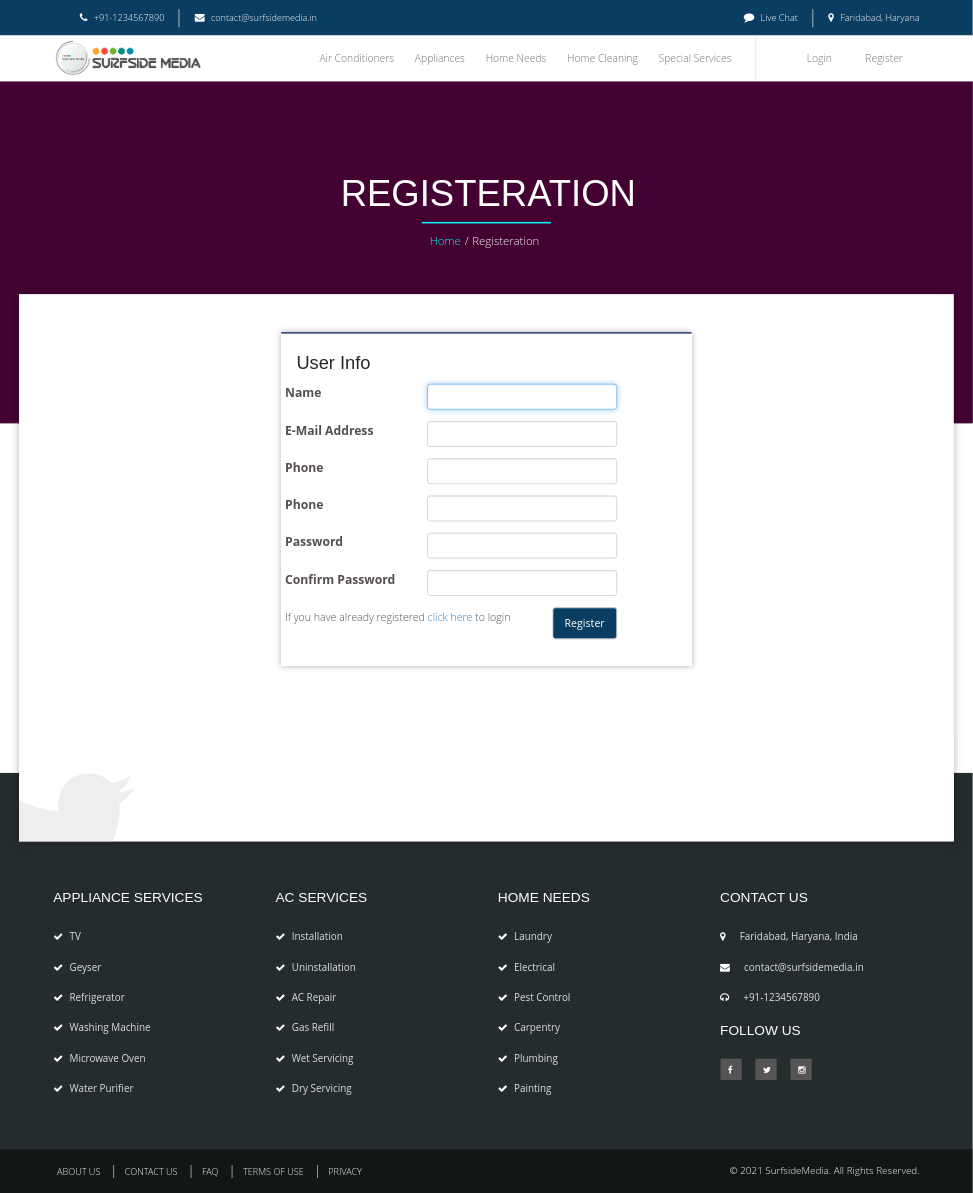
Repository: samiraelshon123/LP_Project
Page: http://localhost/register
The author's editor kept a copy of each file at every save. The page is drawn from the files as they stood at one save, then again after a run of saves.
The browser window is 1280 px wide. The pictures show the whole page, at 76% of full size.
Backgrounds fixed to the window are drawn as part of the page. The page is served by the project's Laravel application, run on PHP 8.4 with Laravel 9. Other server files are loaded and not shown.

Above is the page before, as saved 2023-05-22 23:24:42.

### routes/web.php
<?php

use Illuminate\Support\Facades\Route;
use App\Http\Controllers\admin\CategoryController;
use App\Http\Controllers\admin\BrandController;
use App\Http\Controllers\admin\BlogController;
use App\Http\Controllers\admin\SocialMediaController;
use App\Http\Controllers\auth\RegisterController;
use App\Http\Controllers\auth\LoginController;
use App\Http\Controllers\auth\LogoutController;
use App\Http\Controllers\auth\AdminLoginController;

////////////

//user

use App\Http\Controllers\User\UserController;

/*
|--------------------------------------------------------------------------
| Web Routes
|--------------------------------------------------------------------------
|
| Here is where you can register web routes for your application. These
| routes are loaded by the RouteServiceProvider within a group which
| contains the "web" middleware group. Now create something great!
|
*/

Route::group(['prefix' => 'admin','middleware' => ['auth:admin']], function() {
        //admin
        Route::get('/', function(){
            return view('admin.dashboard');
        })->name('admin');

    // brand
    Route::resource('category', CategoryController::class);

    // governorate
    Route::resource('brand', BrandController::class);

    //blog
     Route::resource('blog',BlogController::class);



});

//////////////////////////////////


Route::group(['middleware' => ['auth']], function() {
    Route::get('/', [UserController::class, 'home'])->name('user.home');
    Route::get('/category/{id}', [UserController::class, 'category'])->name('user.category');
    Route::get('/governorate/{id}', [UserController::class, 'governorate'])->name('user.governorate');
    Route::post('/search', [UserController::class, 'search'])->name('user.search');
    Route::get('/contact', [UserController::class, 'contact'])->name('user.contact');
    Route::post('/storeContact', [UserController::class, 'storeContact'])->name('user.storeContact');




});

//////////////////////////////////

//authentication

Route::get('/register', [RegisterController::class, 'register'])->name('register');
Route::post('/register', [RegisterController::class, 'registerUser'])->name('registerUser');


Route::get('/login', [LoginController::class, 'login'])->name('login');
Route::post('/login', [LoginController::class, 'loginUser'])->name('loginUser');


Route::get('/logout', [LogoutController::class, 'logout']);

Route::get('/adminlogin', [AdminLoginController::class, 'loginPage']);
Route::post('/adminlogin', [AdminLoginController::class, 'loginAdmin'])->name('adminlogin');

### app/Http/Controllers/auth/RegisterController.php
<?php

namespace App\Http\Controllers\auth;

use Illuminate\Http\Request;
use App\Http\Controllers\Controller;
use App\Models\User;
class RegisterController extends Controller
{
    public function register(){
        return view('user.auth.register');
    }
    public function registerUser(Request $request){
        $data = $this->validate(request(),[
            'name' => 'required',
            'user_type' => 'required',
            'phone' => 'required',
            'email' => 'required|unique:users',
            'password' => 'min:6',
            'password_confirmation' => 'required_with:password|same:password|min:6'


        ],[],[]);
        $news = User::create( [

            'name' => request('name'),
            'username' => request('name'),
            'user_type' => request('user_type'),
            'phone' => request('phone'),
            'email' => request('email'),
            'password' => bcrypt(request('password')),

        ]);
        return redirect('/');

    }
}

### resources/views/user/auth/register.blade.php
@include('layouts.header')

<div class="section-title-01 honmob">
            <div class="bg_parallax image_02_parallax"></div>
            <div class="opacy_bg_02">
                <div class="container">
                    <h1>Registeration</h1>
                    <div class="crumbs">
                        <ul>
                            <li><a href="index.php.html">Home</a></li>
                            <li>/</li>
                            <li>Registeration</li>
                        </ul>
                    </div>
                </div>
            </div>
        </div>
        <section class="content-central">
            <div class="semiboxshadow text-center">
            </div>
            <div class="content_info">
                <div class="paddings-mini">
                    <div class="container">
                        <div class="col-xs-12 col-sm-6 col-md-6 col-md-offset-3 profile1" style="padding-bottom:40px;">
                            <div class="thinborder-ontop">
                                <h3>User Info</h3>
                                @if ($errors->any())
            <div class="alert alert-danger">
                <ul>
                    @foreach ($errors->all() as $error)
                        <li>{{ $error }}</li>
                    @endforeach
                </ul>
            </div>
    @endif
                                <form class="row g-3" method="POST" action="{{ route('register') }}" enctype="multipart/form-data">
                                  @csrf
                                  <div class="form-group row">
                                        <label for="name" class="col-md-4 col-form-label text-md-right">Name</label>
                                        <div class="col-md-6">
                                            <input id="name" type="text" class="form-control" name="name" value="" required="" autofocus="">
                                        </div>
                                    </div>
                                    <div class="form-group row">
                                        <label for="email" class="col-md-4 col-form-label text-md-right">E-Mail Address</label>
                                        <div class="col-md-6">
                                            <input id="email" type="email" class="form-control" name="email" value="" required="">
                                        </div>
                                    </div>

                                    <div class="form-group row">
                                        <label for="phone" class="col-md-4 col-form-label text-md-right">Phone</label>
                                        <div class="col-md-6">
                                            <input id="phone" type="text" class="form-control" name="phone" value="" required="" autofocus="">
                                        </div>
                                    </div>

                                    <div class="form-group row">
                                        <label for="phone" class="col-md-4 col-form-label text-md-right">Phone</label>
                                        <div class="col-md-6">
                                            <input id="phone" type="text" class="form-control" name="phone" value="" required="" autofocus="">
                                        </div>
                                    </div>

                                    <div class="form-group row">
                                        <label for="password"
                                            class="col-md-4 col-form-label text-md-right">Password</label>
                                        <div class="col-md-6">
                                            <input id="password" type="password" class="form-control" name="password" required="">
                                        </div>
                                    </div>
                                    <div class="form-group row">
                                        <label for="password-confirm"
                                            class="col-md-4 col-form-label text-md-right">Confirm Password</label>
                                        <div class="col-md-6">
                                            <input id="password-confirm" type="password" class="form-control" name="password_confirmation" required="">
                                        </div>
                                    </div>
                                    <div class="form-group row mb-0">
                                        <div class="col-md-10">
                                            <span style="font-size: 14px;">If you have already registered <a
                                                    href="login.html" title="Login">click here</a> to login</span>
                                            <button type="submit" class="btn btn-primary pull-right">Register</button>
                                        </div>
                                    </div>
                                </form>
                            </div>
                        </div>
                    </div>
                </div>
            </div>
            <div class="section-twitter">
                <i class="fa fa-twitter icon-big"></i>
                <div class="container">
                    <div class="row">
                        <div class="col-md-12">
                            <div class="text-center">
                            </div>
                        </div>
                    </div>
                </div>
            </div>
        </section>
        @include('layouts.footer')

### public/asset/css/chblue.css
/* Backgrounds ----------------------------------------------------------*/
.btn-primary,
.btn-primary:hover,
.flat-mega-menu .drop-down.full-width ul li a.btn,
.filter-header input[type="submit"],
.ui-widget-header,
.ui-state-default:hover,
.ui-widget-content .ui-state-default:hover,
.ui-widget-header .ui-state-default:hover,
.flat-mega-menu .login-form input[type=submit],
.flat-mega-menu .search-bar ul input[type=submit],
.skin_base,
.promotion-box-info .btn,
.list-styles li i,
.info-gallery .price b,
.widget .input-group-addon.btn-search input,
.header-v2,
.info-head,
.nav-tabs li.active a,
.nav-tabs li.active a:hover,
.nav-tabs li a:hover,
.sort-by-container .style-view li:hover,
.sort-by-container .style-view li.active,
.selector span.custom-select:before,
.slider-selection,
.filter-widget input[type="submit"],
.tabs-detailed .services-lines li:hover,
.pagination > .active > a,
.pagination .active,
.tooltip-inner,
.owl-theme .owl-controls .owl-buttons div,
#theme-options .layout-style li.active,
.thumbs li:hover,
p.lead .line,
.info-testimonial,
.filter-header,
.profilebackground,
.filter-header input[type="button"]{
	background: #0a3d62 !important;
	background-color: #0a3d62 !important;
}
.opacy_bg_03,
.item-team-01 .info-team,
.header-detailed{
	background: #0a3d62;
	background: rgba(136, 196, 37, 0.6);
}

/* Colors ----------------------------------------------------------*/
.item-service-line i,
.titles h2 span,
.info-boxed h3 span,
.price span,
.title-footer h2 span,
.flat-mega-menu > ul > .title > a > span,
.flat-mega-menu > ul > .title i,
.icon-big-nav i,
.ui-datepicker th,
.head-feature,
.flat-mega-menu > ul > li:hover > a,
.footer-v2 ul li i,
.footer-v3 ul li i,
.footer-v4 ul li i,
.flat-mega-menu > ul > li:hover > a,
.flat-mega-menu .login-form:hover,
.flat-mega-menu .search-bar:hover,
.item-team h4 span,
.item-team-01 .social-team li a:hover,
.large-number,
.info-gallery h3 span,
.post-format-icon > i,
.post-item .post-title a:hover,
.post-meta a:hover,
.post-quote-author a,
.single-blog h4 i,
.single-blog h4 a,
.nav-tabs li i,
.container-by-widget-filter h4,
.title-results a,
blockquote > a,
.tweet_time a,
.tweet_text a,
.acc-trigger a:hover, .acc-trigger.active a, .acc-trigger.active a:hover,
.crumbs li a,
.page-error h1 i,
.sitemap li a:hover,
.pagination > li > a, .pagination > li > span,
address i,
address a{
	color: #0a3d62;
}

/* Borders ----------------------------------------------------------*/
.pagination > .active > a,
.pagination > .active:hover > a,
.filter-header,
.flat-mega-menu h2 span,
.ui-datepicker,
.crumbs ul,
.portfolioFilter .current, .portfolioFilter a:hover,
.post-format-icon > i,
.section-title-03 h1,
.title-widget{
	border-color: #0a3d62 !important;
}
.crumbs:before{
	border-bottom: 20px solid #0a3d62;
}
.tooltip.top .tooltip-arrow {
  border-top-color: #0a3d62;
}
.flat-mega-menu .drop-down,
.flat-mega-menu .social-bar ul {
	border-bottom-color: #0a3d62;
}
.nav-tabs li.active:after {
	border: 16px solid #0a3d62;
	border-left-color: transparent;
	border-right-color: transparent;
	border-bottom-color: transparent;
	content: "";
	left: 50%;
	margin-left: -16px;
	position: absolute;
	z-index: 101;
}
.title-widget:after {
  border-top: 15px solid  #0a3d62;
}

hr.separator::before {
	background: #0a3d62;
}
#footer .fa{
	color:#fff;
}
.footer-m {
	border-top: 2px solid #0a3d62;
}

.footer-m ul li a .fa {
	color: #0a3d62 !important;
}

 .crumbs ul{
	border-color: #05f9f9 !important;
}

.crumbs ul li a{
	color: #05f9f9 !important;
}

.line{
	background: #05f9f9 !important;
	background-color: #05f9f9 !important;
}
.header-v3 {
	z-index: 9999;
}
.error{
	color:#f20e0e !important;
	font-size: 14px !important;
}

.typeahead, .typeahead li{
	z-index: 99999 !important;
}
#sponsors{
	z-index: 101;
}
.#owl-wrapper{
	z-index: 100;
}

### public/asset/css/theme-responsive.css
/* ---------------------------------------------------------------------- */
/*	Version 1500px
/* ---------------------------------------------------------------------- */
@media handheld, only screen and (max-width: 1500px) {
	.layout-wide .crumbs:before{
	    left: 15%;
	}
	/* Filter Header - Title Header ------------------------------*/
	.filter-title{
		top: 12%;
		left: 0%;
		margin-left: 0;
		width: 100%;
	}
	.title-header h1{
		font-size: 4rem;
		line-height: 4.3rem;
	}
	.filter-header{
		max-width: 80%;
	}
}
/* ---------------------------------------------------------------------- */
/*	Version 1280px
/* ---------------------------------------------------------------------- */
@media handheld, only screen and (max-width: 1250px) {
	.flat-mega-menu > ul > li > a {
		padding-left: 8px;
		padding-right: 8px;
		font-size: 0.78rem;
	}
	.flat-mega-menu > ul > .title i{
		right: 20%;
	}
	/* Filter Header - Title Header ------------------------------*/
	.filter-title{
		top: 12%;
		left: 0%;
		margin-left: 0;
		width: 100%;
	}
	.title-header h1{
		font-size: 3.5rem;
		line-height: 3.7rem;
	}
	.layout-semiboxed .flat-mega-menu .container,
	.layout-semiboxed footer .container{
		width: auto !important;
		padding-right: 15px !important;
  		padding-left: 15px !important;
	}
}
/* ---------------------------------------------------------------------- */
/*	Version 1024px
/* ---------------------------------------------------------------------- */
@media handheld, only screen and (max-width: 1024px) {

	.section-title{
		height: 290px;
	}
	.semiboxshadow img {
		display: none;
	}
}
/* ---------------------------------------------------------------------- */
/*	 Version 1000px
/* ---------------------------------------------------------------------- */
@media handheld, only screen and (max-width: 999px) {
	html {
		font-size: 14px;
	}

	header{
		position: relative;
	}
	.content-info{
		max-width: auto;
		margin-top: 0;
		margin-bottom: -120px;
	}

	.layout-wide .content-info{
		max-width: auto;
	}
	.layout-wide .semiboxshadow{
		display: none;
	}
	.layout-boxed-margin{
		max-width: 1230px;
		margin: 0 auto;
	}
	.footer-down,
	.footer-down ul,
	header{
		text-align: center;
	}
	footer h4,
	.post-item h4{
		margin-top: 20px;
	}
	.img-footer{
		margin-top: 60px;
	}
	.footer-v3 .img-footer{
		margin-top: 0;
		margin-bottom: 0;
	}

	/* Filter Header - Title Header ------------------------------*/
	.header-v1{
		background: rgba(0,0,0,0.7);
		max-height: 2000px !important;
	}
	.flat-mega-menu > ul > .title > a{
		padding-left: 0;
		padding-right: 0;
	}
	.flat-mega-menu > ul > .title i{
		right: 40%;
	}
	.flat-mega-menu > ul > li > a {
		font-size: 1rem;
	}
	.filter-title{
		top: 12%;
		left: 10%;
		margin-left: -5%;
		width: 90%;
	}
	.title-header h1{
		font-size: 3rem;
		line-height: 3.4rem;
	}
	.title-header p{
		max-width: 700px;
	}
	.filter-header{
		max-width: 100%;
	}
	.content-central{
		margin-top: -50px;
		margin-bottom: -150px;
	}
	.services-lines{
		width: 100%;
		margin-top: 30px;
	}
	.services-lines-info{
		text-align: center;
	}
	.services-lines-info p.lead .line {
	  margin: 20px auto;
	}
	.promotion-box{
		max-width: 350px;
		margin:0 auto 30px auto;
	}
	.info-testimonial{
		width: 100%;
		margin-left: 0;
	}
	#slide-features .btn{
		margin-bottom: 20px;
	}
	footer{
		text-align: center;
	}
	.testimonial-info{
		text-align: center;
		padding-bottom: 100px;
	}
	.content-boxes .item-boxed{
		width: 100%;
	}
	.testimonial-info{
		padding-top: 80px;
	}
	footer .input-group{
		margin-bottom: 20px;
	}
	.footer-v1 ul.nav-footer{
		margin-top: 10px;
	}
	.section-title-01 h1{
		padding-top: 180px;
	}
	.section-title-02,
	.section-title-03{
		text-align: center;
		height: 300px;
	}
	.section-title-02 .crumbs,
	.section-title-03 .crumbs{
	  padding: 0;
	  text-align: center;
	}
	.section-title-03 h1{
		padding: 110px 0 10px 0;
	}
	.section-title-03 .crumbs ul {
	  margin: 10px auto;
	  padding: 10px;
	  list-style: none;
	}
	.item-table{
		margin:0 auto 30px auto;
		max-width: 380px;
		border:1px solid #dedede !important;
	}

}
/* ---------------------------------------------------------------------- */
/*	 Mobile Version 768px
/* ---------------------------------------------------------------------- */
@media handheld, only screen and (max-width: 768px) {


}
/* ---------------------------------------------------------------------- */
/*	 Version 600px
/* ---------------------------------------------------------------------- */
@media handheld, only screen and (max-width: 600px) {
	.flat-mega-menu > ul > .title i{
		display: none !important;
	}
	.filter-title{
		top: 40%;
	}
	.filter-header{
		max-width: 100%;
		height: auto;
		overflow: auto;
	}
	.content-central{
		margin-top: 0;
		margin-bottom: -150px;
	}
	.title-header h1{
		font-size: 2rem;
		line-height: 2.4rem;
	}
	.filter-header .input-large{
		width: 40%;
	}
	.filter-header .date-input{
		width: 20%;
		font-size: 0.7rem;
		border-top: 1px solid #dedede;
	}
	.filter-header .selector {
		width: 20%;
		border-top: 1px solid #dedede;
	}
	.filter-header input[type="submit"]{
		width: 100%;
	}
	.content-boxes .item-boxed{
		margin-bottom: 30px;
		display: block;
	}
	.image-boxed{
		float: none !important;
	  	width: 100% !important;
	  	display: block !important;
	}
	.image-boxed img{
		width: auto !important;
	}
	.info-boxed{
	  	width: 100% !important;
	  	top: 0;
	  	margin-bottom: 30px;
	  	height: auto;
	}
	.boxed-bottom{
		border-bottom: 0 !important;
	}
	.boxed-top{
		border-top: 0 !important;
	}
	.services-lines li{
		width: 33.33%;
	}
	.image-boxed a.more-boxe{
		top: 60%;
	}
}
/* ---------------------------------------------------------------------- */
/*	 Version 480px
/* ---------------------------------------------------------------------- */
@media handheld, only screen and (max-width: 470px) {
	.title-header p,
	.title-header h1{
		display: none;
	}
	.filter-header .input-large{
		width: 100%;
	}
	.filter-header .date-input{
		width: 100%;
		font-size: 0.7rem;
	}
	.filter-header .selector {
		width: 100%;
	}
	.filter-header input[type="submit"]{
		width: 100%;
	}
	.services-lines li{
		width: 50%;
	}
}

Loaded but not shown: app/Http/Controllers/Controller.php (common file); public/asset/css/dtb/jquery.dataTables.min.css (library); public/asset/css/select2.min.css (library); public/asset/css/toastr.min.css (library); public/asset/js/jquery.js (library); public/asset/js/jquery-ui.1.10.4.min.js (library); public/asset/js/toastr.min.js (library); public/asset/js/modernizr.js (library); lang/en.json (common file); public/asset/css/bootstrap/bootstrap.min.css (library); public/asset/css/bootstrap/bootstrap-theme.css (library); public/asset/css/bootstrap/bootstrap-slider.css (library); public/asset/js/fancybox/jquery.fancybox.css (library); public/asset/css/animations/animate.css (library); public/asset/css/carousel/owl.carousel.css (common file); public/asset/css/carousel/owl.theme.css (library); public/asset/css/flickr/flickr.css (common file); public/asset/css/icons/font-awesome.min.css (library); public/asset/css/slide/revolution.css (common file); public/asset/css/style.css (4114 lines, source omitted); public/asset/js/rs-plugin/css/settings.css (2436 lines, source omitted); public/asset/css/calendar/calendar.css (1201 lines, source omitted); public/asset/css/slide/extralayers.css (1390 lines, source omitted); public/asset/css/nav/style.css (882 lines, source omitted); resources/views/layouts/footer.blade.php (132 lines, source omitted); resources/views/layouts/header.blade.php (127 lines, source omitted); public/asset/css/skins/theme-options.css (246 lines, source omitted)

After the next 2 saves:
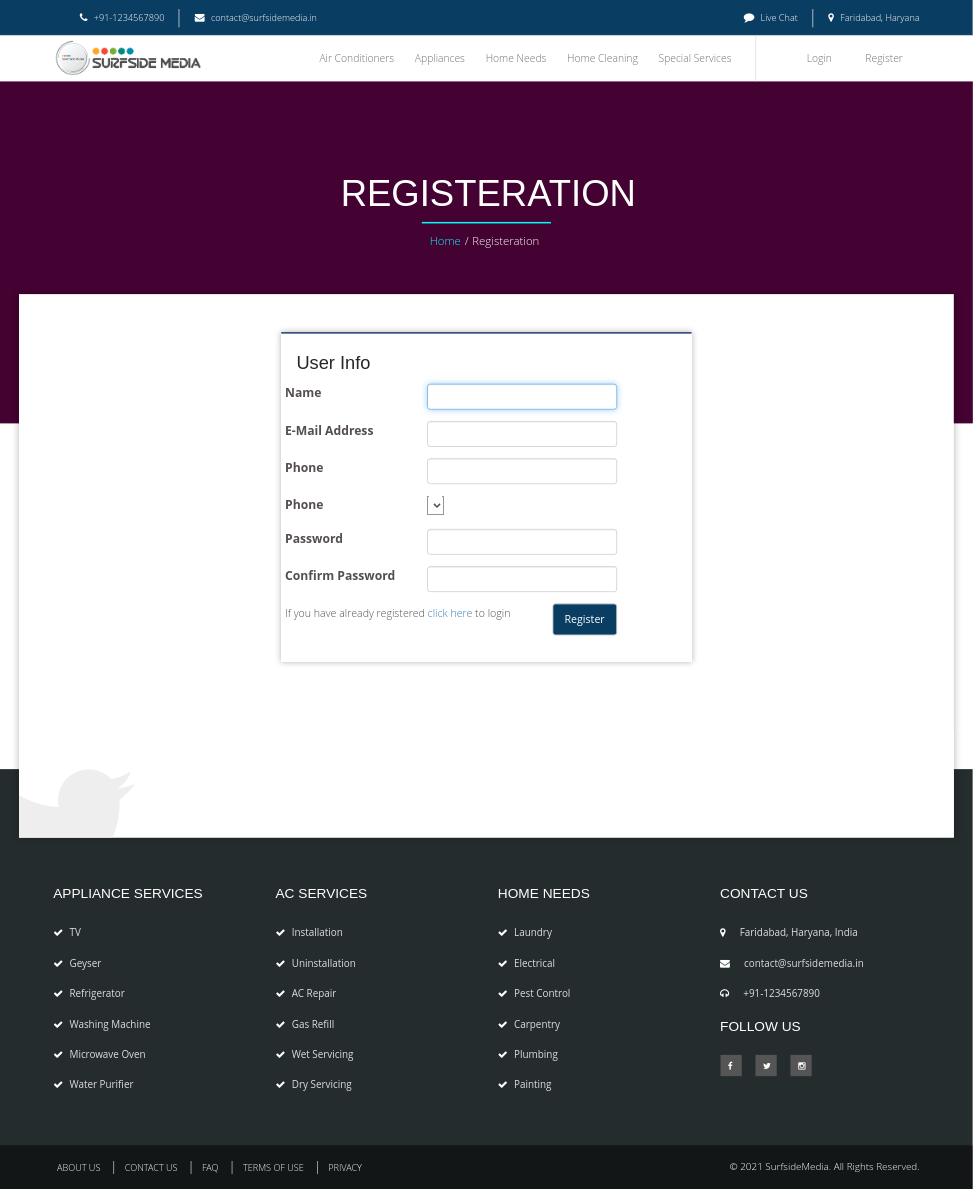
The 2 saves are shown as one change because they came seconds apart.
The last was saved 14 s later.
--- a/resources/views/user/auth/register.blade.php
+++ b/resources/views/user/auth/register.blade.php
@@ -58,8 +58,7 @@
                                     <div class="form-group row">
                                         <label for="phone" class="col-md-4 col-form-label text-md-right">Phone</label>
                                         <div class="col-md-6">
-                                            <input id="phone" type="text" class="form-control" name="phone" value="" required="" autofocus="">
-                                        </div>
+<select name="" id=""></select>                                        </div>
                                     </div>
 
                                     <div class="form-group row">
